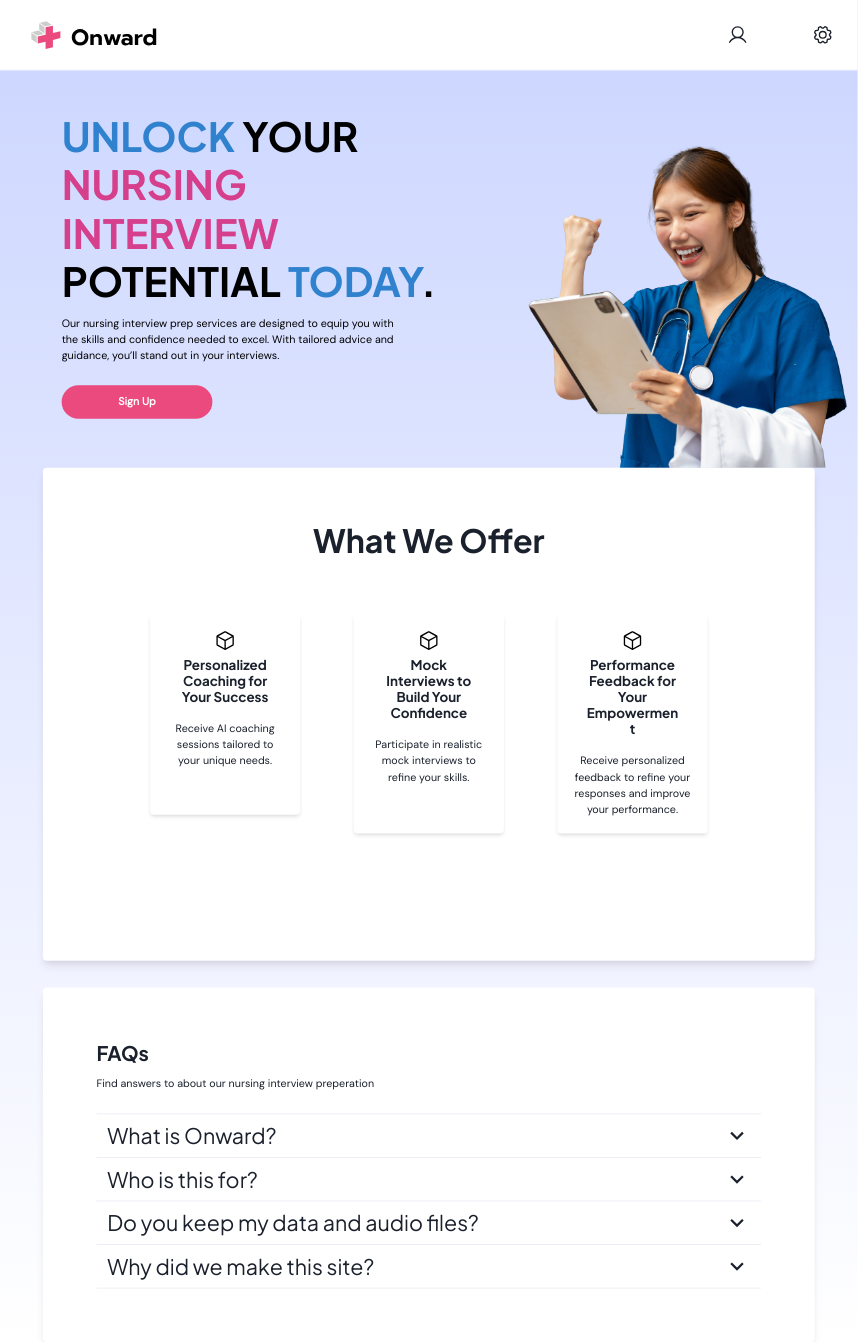
Repository: Aladdin3r/onward
Page: /landing-page
An editor plug-in stored every save of this project. The page is shown before and after the next save, followed by the edit.
The browser window is 1280 px wide. The page is 1280 px wide, then 1283 px, so the pictures cover 1283 px, including what lies to the right of the window. The pictures show the whole page, at 67% of full size.
The project was rebuilt for these pictures with package versions that can differ from the ones it lists, and the page was loaded fresh each time. The framework's server and built-in components were replaced by stand-ins that run in the browser. Also part of the build but not shown: next.config.mjs.

Above is the page before, as saved 2024-10-29 03:21:20.

After the next save:
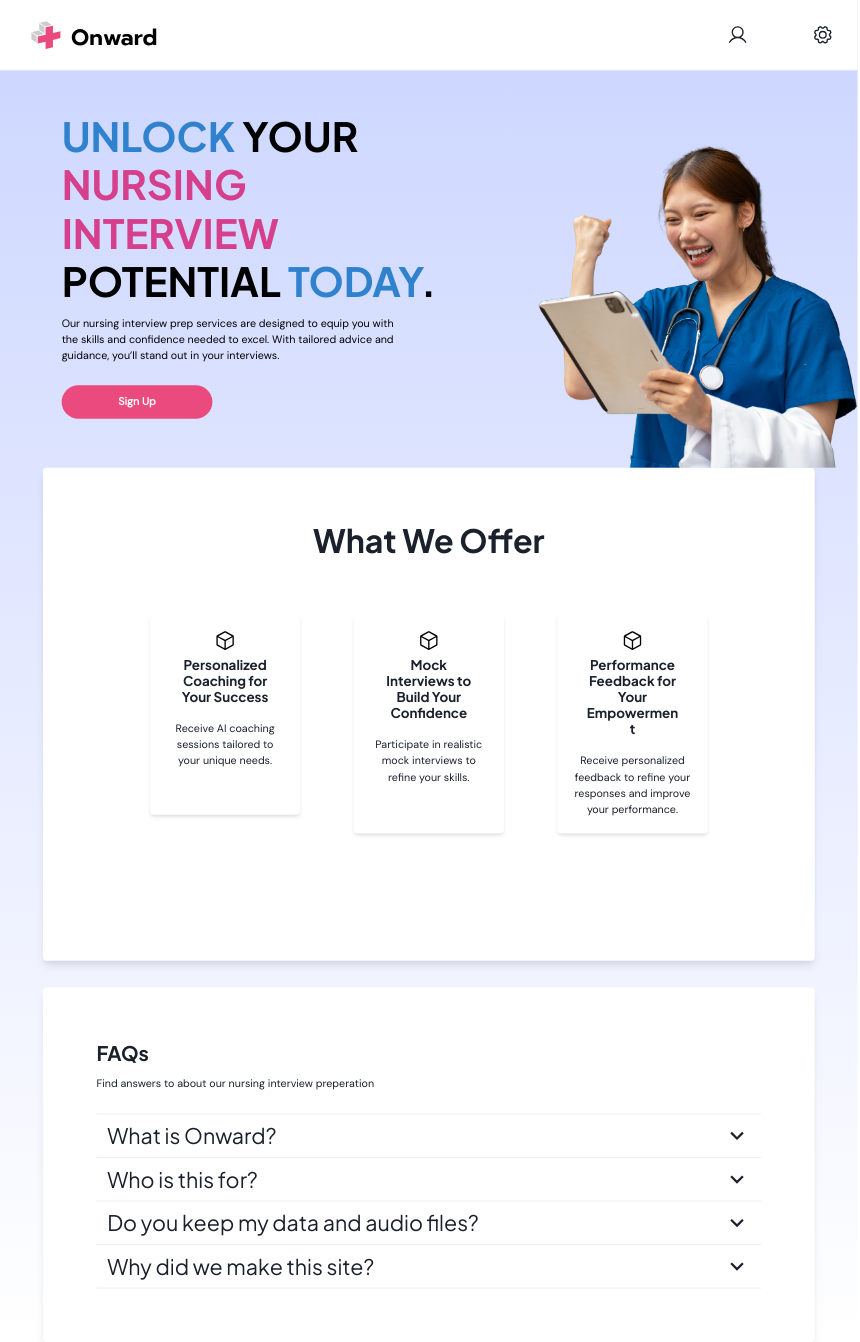
Saved 65 s later.
--- a/pages/landing-page.js
+++ b/pages/landing-page.js
@@ -83,7 +83,7 @@ export default function Home() {
                         width="100%"
                         height="auto"
                         objectFit="cover"
-                        mr={15}
+                        ml={15}
                     />
                 </Box>
             </Flex>
